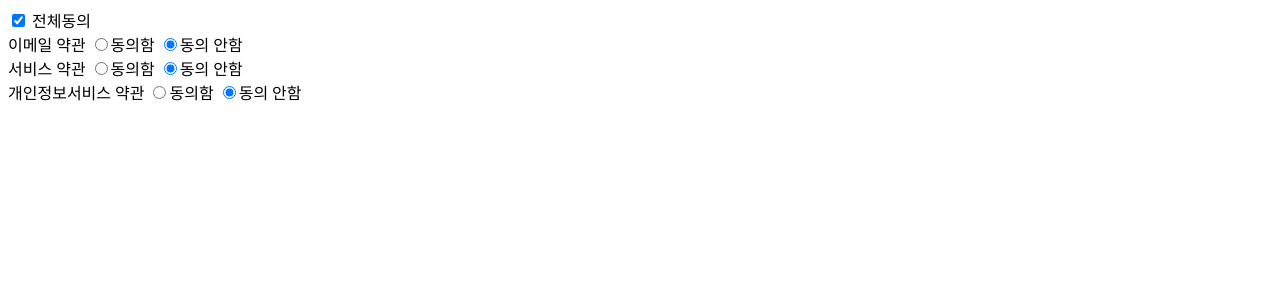
Repository: kimkeng/BackendClass
Page: example/src/main/webapp/js05.html
The author's editor kept a copy of each file at every save. The page is drawn from the files as they stood at one save, then again after a run of saves.
The browser window is 1280 px wide. The pictures show the whole page.
After loading, the first visible `#all` was clicked once.

Above is the page before, as saved 2023-08-18 04:02:25.

After the next 3 saves:
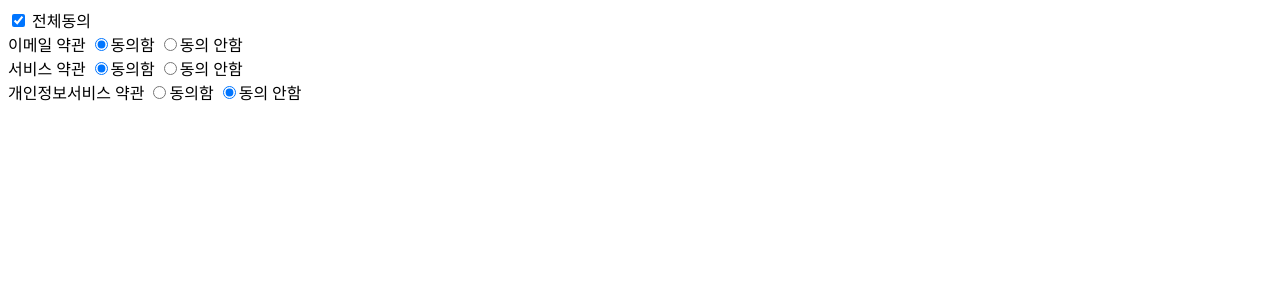
The 3 saves are shown as one change because they came seconds apart.
The last was saved 39 s later.
--- a/example/src/main/webapp/js05.html
+++ b/example/src/main/webapp/js05.html
@@ -15,7 +15,7 @@
 	function agree(e){
 		var w = 1;
 		do{
-
+			document.getElementById("a"+w).checked = e;
 			w++;
 		}while(w < 3);
 	}

After the 3 saves that followed:
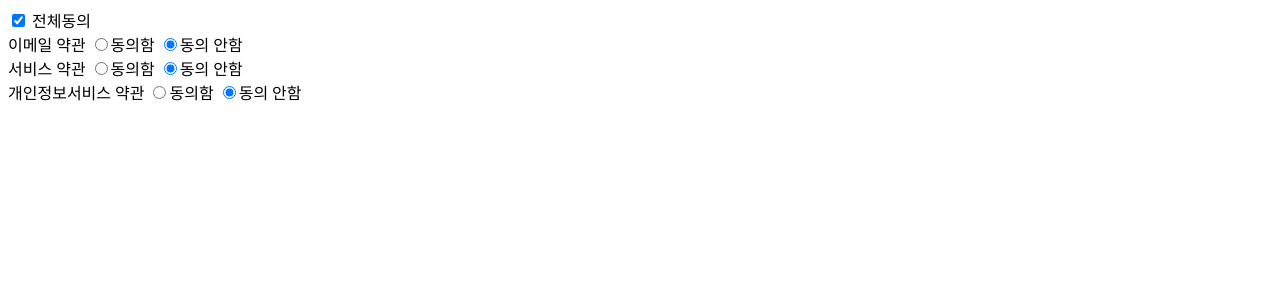
The 3 saves are shown as one change because 2 left the picture as it was.
The last was saved 2 min 42 s later.
--- a/example/src/main/webapp/js05.html
+++ b/example/src/main/webapp/js05.html
@@ -6,9 +6,9 @@
 </head>
 <body>
 <input type="checkbox" id="all" onclick="agree(this.checked)"> 전체동의<br>
-이메일 약관 <input type="radio" name="a" id="a1">동의함 <input type="radio" name="a" checked>동의 안함 <br>
-서비스 약관 <input type="radio" name="b" id="a2">동의함 <input type="radio" name="b" checked>동의 안함 <br>
-개인정보서비스 약관 <input type="radio" name="c" id="a3">동의함 <input type="radio" name="c" checked>동의 안함 <br>
+이메일 약관 <input type="radio" name="a" id="a1">동의함 <input type="radio" name="a" id="aa1" checked>동의 안함 <br>
+서비스 약관 <input type="radio" name="b" id="a2">동의함 <input type="radio" name="b" id="aa2" checked>동의 안함 <br>
+개인정보서비스 약관 <input type="radio" name="c" id="a3" >동의함 <input type="radio" name="c id="aa3"" checked>동의 안함 <br>
 
 </body>
 <script>
@@ -16,6 +16,7 @@
 		var w = 1;
 		do{
 			document.getElementById("a"+w).checked = e;
+			document.getElementById("aa"+w).checked = e;
 			w++;
 		}while(w < 3);
 	}
